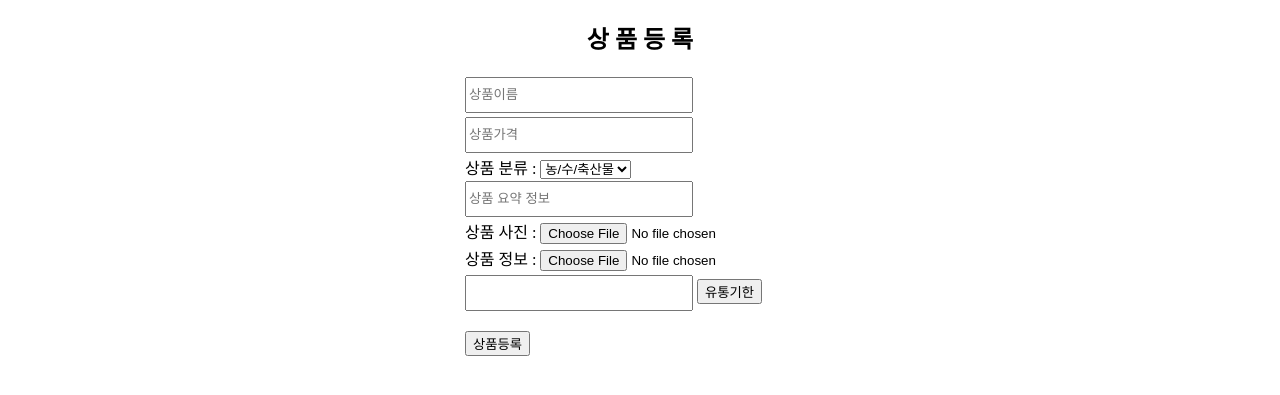
Repository: fellownew/project_workspace
Page: http://localhost/shoppingmall/WEB-INF/view/body/product/product_join_form.jsp
The author's editor kept a copy of each file at every save. The page is drawn from the files as they stood at one save, then again after a run of saves.
The browser window is 1280 px wide. The pictures show the whole page.
The page is served by Tomcat 9. Nobody is signed in. Other server files are loaded and not shown. The template is opened directly, without the code that normally fills it, so the values that code supplies are empty.

Above is the page before, as saved 2015-06-15 01:23:58.

### shoppingmall/WebContent/WEB-INF/view/body/product/product_join_form.jsp
<%@ page contentType="text/html;charset=UTF-8"%>
<!DOCTYPE html>
<script type="text/javascript" src="<%=request.getContextPath() %>/script/jquery.js"></script>
<script type="text/javascript" src="<%=request.getContextPath() %>/script/date_picker.js"></script>
<script type="text/javascript">
var flag=true;
	$(document).ready(function(){
		$("#registerBtn").on("click",function(){
			if($("#productId").val()==''  ||
					$("#productPrice").val()==''  ||
					$("#productInfo").val()==''  ||
					$("#upfile").val()==''  ||
					$("#infoUpfile").val()==''  ||
					$("#expDate").val()=='' ){
					alert("입력정보를 확인하세요");
					return false;
				}
			if(!flag){
				alert("이미지 파일을 확인해주세요");
				return false;
			}
		});

		$("#upfile").on("change",function(){
			var path = $(this).val() ;
			var leng = path.length;
			var txt = path.substr(leng-3,3).toLowerCase() ;
			flag = true;
			if(txt != "jpg" && txt != "peg" && txt != "png" && txt != "gif" && txt != "bmp"){
				alert("jpg, jpeg, png, gif 파일만 등록 가능합니다.");
				flag = false;
			}
		});

		$("#infoUpfile").on("change",function(){
			var path = $(this).val();
			var leng = path.length;
			var txt = path.substr(leng-3,3).toLoserCase();
			flag = true;
			if((txt != "jpg") && (txt != "peg") && (txt != "png") && (txt != "gif") && (txt != "bmp")){
				alert("jpg, jpeg, png, gif 파일만 등록 가능합니다.");
				flag = false;
			}
		});
	});
</script>
<style>
#join_form{
	width:350px;
	margin:0 auto;
	text-align: left;
}
#join_form input{
	margin-top: 2px;
	margin-bottom: 2px;
}

#join_form input[type="text"], #join_form input[type="number"]{
	width: 220px;
	height: 30px;
}

</style>
<div style="width: 700px;margin:0 auto">
<h2 style="text-align: center"> 상 품 등 록 </h2>
	<div id="join_form">
		<form action="insertProduct.do" method="POST" enctype="multipart/form-data">
			<input type="text" id="productName" name="productName" placeholder="상품이름" maxlength="50" required="required"/><br>
			<input type="number" id="productPrice" name="productPrice" placeholder="상품가격" required="required"/><br>
			상품 분류 :
			<select name="category" id="category">
				<option value="food" selected="selected">농/수/축산물</option>
				<option value="fruit">과일/채소</option>
				<option value="health">건강식품</option>
				<option value="snack">간식</option>
			</select><br>
			<input type="text" id="productInfo" name="productInfo" placeholder="상품 요약 정보" required="required"><br>
			상품 사진 : <input type="file" id="upfile" name="upfile"/><br>
			상품 정보 : <input type="file" id="infoUpfile" name="infoUpfile"/><br>
			<input type="text" id="expDate" name="expDate" readonly="readonly" required="required">
			<input type="button" value="유통기한" onClick="datePicker(event,'expDate')"><br>
			<input type="hidden" name="SellerId" value="${sessionScope.loginInfo.sellerId }"/><p>
			<input type="submit" id="registerBtn" value="상품등록">
		</form>
	</div>
</div>

### shoppingmall/WebContent/script/date_picker.js
// Calendar Script
// Licence : GPL (http://www.gnu.org/licenses/licenses.html#GPL)
// Update & Download  : http://www.ziwoo.net/zb/view.php?boardid=zb_ziwoo_javascript&uid=129
// This page was last modified on 2011.12.15 (Since 2010.04.11)

//ex1 : datePicker(event, 'targetFieldName');
//ex2 : datePicker(event, 'targetFieldName', 2);
//세번째 인자는 날짜를 입력할 타겟의 필드명이 복수인 경우를 위한 배열키.(기본값:0)

function datePicker(e, elm) {
	currentElement = (arguments[2])?document.getElementsByName(elm)[arguments[2]]:document.getElementsByName(elm)[0];
	var event = e || window.event;

	if(document.getElementById('currentDiv')) {
		document.getElementById("currentDiv").parentNode.removeChild(document.getElementById("currentDiv"));
	}

	if(arguments[0]){
		var eventX = event.clientX;
		var eventY = event.clientY;
		if(eventX>document.body.offsetWidth-182-40) eventX = document.body.offsetWidth-182-40;
		if(eventY>document.body.offsetHeight-158-40) eventY = document.body.offsetHeight-158-40;
		var calDivObj = document.createElement("div");
		calDivObj.setAttribute("id","currentDiv");
		calDivObj.style.width = '182px';
		calDivObj.style.height = '158px';
		calDivObj.style.border = "1px solid #D0D0D0";
		calDivObj.style.position = "absolute";
		calDivObj.style.top = eventY+document.body.scrollTop+10+'px';
		calDivObj.style.left = eventX+10+'px';
		calDivObj.style.zIndex = 100000;
		document.body.appendChild(calDivObj);
		fBuildHtml();
	}
}

function fBuildHtml() {
	var currentDate = new Date();
	var igYear = currentDate.getFullYear();
	var igMonth = currentDate.getMonth() + 1;
	var gMonths = new Array("1","2","3","4","5","6","7","8","9","10","11","12");
	var calHtml = "<table border='0' bgcolor='#C0C0C0'>";
	calHtml += "<tr style='font-size:9pt'>";
	calHtml += "<td valign='middle' align='center'>";
	calHtml += "<input type='button' name='PrevMonth' value='<' style='height:20px; width:20px; font:9pt Fixedsys;' onClick='fPrevMonth()'>";
	calHtml += " <select name='tbSelYear' style='font-size:9pt' onChange='fUpdateCal(tbSelYear.value, tbSelMonth.value)'>";
	for(i=1970;i<2030;i++) calHtml += "<OPTION value='"+i+"'>"+i+"</OPTION>";
	calHtml += "</select>";
	calHtml += " <select name='tbSelMonth' style='font-size:9pt' onChange='fUpdateCal(tbSelYear.value, tbSelMonth.value)'>";
	for (i=0; i<12; i++) calHtml += "<option value='"+(i+1)+"'>"+gMonths[i]+"</option>";
	calHtml += "</select>";
	calHtml += " <input type='button' name='PrevMonth' value='>' style='height:20px; width:20px; font:9pt Fixedsys;' onclick='fNextMonth()'>";
	calHtml += "</td>";
	calHtml += "</tr><tr>";
	calHtml += "<td align='center'>";
	calHtml += "<DIV><table width='100%' border='0' cellspacing='1' cellpadding='2'>";
	calHtml += fDrawCal(igYear,igMonth);
	calHtml += "</table></DIV>";
	calHtml += "</td>";
	calHtml += "</tr>";
	calHtml += "</td></tr>";
	calHtml += "</table>";

	document.getElementById('currentDiv').innerHTML = calHtml;
	fSetYearMon(igYear,igMonth);
}

function fDrawCal(iYear, iMonth) {
	var WeekDay = new Array("Sun","Mon","Tue","Wed","Thu","Fri","Sat");
	var calHtml = "<tr>";
	for(i=0; i<7; i++) calHtml += "<td bgcolor='White' width='20' valign='middle' align='center' style='font:bold 10px Tahoma; color:#C0C0C0;'>" + WeekDay[i] + "</td>";
	calHtml += "</tr>";
	var i = 0;
	for (w = 1; w < 7; w++) {
		calHtml += "<tr>";
		for (d = 0; d < 7; d++) {
			if(w==6 && d==6){
				calHtml += "<td bgcolor='#C0C0C0' width='20' valign='middle' align='center' style='padding:1px 0 0 3px; cursor:pointer;' onClick='datePicker()'>";
				calHtml += "<font color='White' face='Tahoma'>X</font>";
				calHtml += "</td>";
			}else{
				calHtml += "<td bgcolor='White' width='20' valign='middle' align='center' style='font:bold 10px Tahoma; cursor:pointer;' onMouseOver=\"this.bgColor='Pink'\" onMouseOut=\"this.bgColor='White'\" onClick='fSetSelected(this)'>";
				calHtml += "<font id='cellText_"+i+"'></font>";
				calHtml += "</td>";
			}
			i++;
		}
		calHtml += "</tr>";
	}
	return calHtml;
}

function fSetYearMon(iYear, iMon){
	var tbSelYear = document.getElementsByName('tbSelYear')[0];
	var tbSelMonth = document.getElementsByName('tbSelMonth')[0];
	tbSelMonth.options[iMon-1].selected = true;
	for (i = 0; i < tbSelYear.length; i++) if (tbSelYear.options[i].value == iYear) tbSelYear.options[i].selected = true;
	fUpdateCal(iYear, iMon);
}

function fPrevMonth(){
	var iMon = document.getElementsByName('tbSelMonth')[0].value;
	var iYear = document.getElementsByName('tbSelYear')[0].value;
	if (--iMon<1) {
		iMon = 12;
		iYear--;
	}
	fSetYearMon(iYear, iMon);
}

function fNextMonth(){
	var iMon = document.getElementsByName('tbSelMonth')[0].value;
	var iYear = document.getElementsByName('tbSelYear')[0].value;
	if (++iMon>12) {
		iMon = 1;
		iYear++;
	}
	fSetYearMon(iYear, iMon);
}

function fUpdateCal(iYear, iMonth) {
	myMonth = fBuildCal(iYear, iMonth);
	var currentDate = new Date();
	var igYear = currentDate.getFullYear();
	var igMonth = currentDate.getMonth() + 1;
	var igDate = currentDate.getDate();
	var i = 0;
	for (w = 0; w < 6; w++) for (d = 0; d < 7; d++) if(w!=5 || d!=6) {
		with (document.getElementById('cellText_'+parseInt((7*w)+d))) {
			if (myMonth[w+1][d]<0) {
				color = "#808080";
				innerHTML = -myMonth[w+1][d];
			}else{
				if(d==0) color = "red";
				else if(d==6) color = "blue";
				else color = "black";
				innerHTML = myMonth[w+1][d];
				if(iYear==igYear && iMonth==igMonth && innerHTML==igDate){
					parentNode.style.backgroundColor='#D8FF00';
				}else{
					parentNode.style.backgroundColor='';
				}
			}
		}
	}
}

function fBuildCal(iYear, iMonth) {
	var aMonth=new Array();
	for(i=1;i<7;i++) aMonth[i]=new Array(i);
	var dCalDate=new Date(iYear, iMonth-1, 1);
	var iDayOfFirst=dCalDate.getDay();
	var iDaysInMonth=new Date(iYear, iMonth, 0).getDate();
	var iOffsetLast=new Date(iYear, iMonth-1, 0).getDate()-iDayOfFirst+1;
	var iDate = 1;
	var iNext = 1;
	for (d = 0; d < 7; d++) aMonth[1][d] = (d<iDayOfFirst)?-(iOffsetLast+d):iDate++;
	for (w = 2; w < 7; w++) for (d = 0; d < 7; d++) if(w!=6 || d!=6) aMonth[w][d] = (iDate<=iDaysInMonth)?iDate++:-(iNext++);
	return aMonth;
}

function fSetSelected(aCell){
	var tbSelYear = document.getElementsByName('tbSelYear')[0];
	var tbSelMonth = document.getElementsByName('tbSelMonth')[0];
	var iOffset = 0;
	var iYear = parseInt(tbSelYear.value);
	var iMonth = parseInt(tbSelMonth.value);
	with (aCell.firstChild){
		var iDay = parseInt(innerHTML);
		if(aCell.parentNode.rowIndex<2 && iDay>15) iMonth--;
		if(aCell.parentNode.rowIndex>4 && iDay<15) iMonth++;
		if (iMonth<1) {
			iYear--;
			iMonth = 12;
		}else if (iMonth>12){
			iYear++;
			iMonth = 1;
		}
	}
	currentElement.value = iYear+"-"+(parseInt(iMonth+100).toString().substring(1,3))+"-"+(parseInt(iDay+100)).toString().substring(1,3);
	document.getElementById("currentDiv").parentNode.removeChild(document.getElementById("currentDiv"));
}

Loaded but not shown: shoppingmall/WebContent/script/jquery.js (library)

After the next 2 saves:
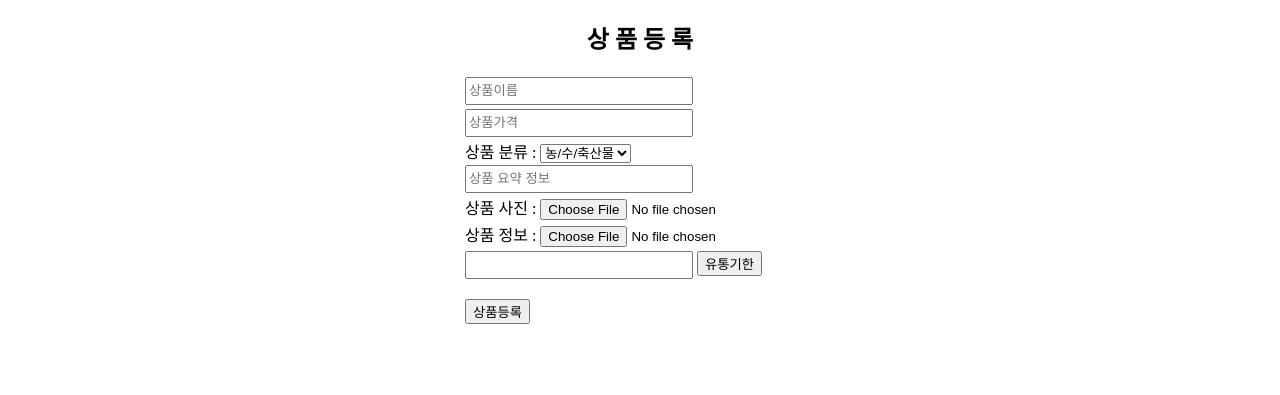
The 2 saves are shown as one change because they came seconds apart.
The last was saved 7 s later.
--- a/shoppingmall/WebContent/WEB-INF/view/body/product/product_join_form.jsp
+++ b/shoppingmall/WebContent/WEB-INF/view/body/product/product_join_form.jsp
@@ -57,7 +57,7 @@ var flag=true;
 
 #join_form input[type="text"], #join_form input[type="number"]{
 	width: 220px;
-	height: 30px;
+	height: 22px;
 }
 
 </style>
